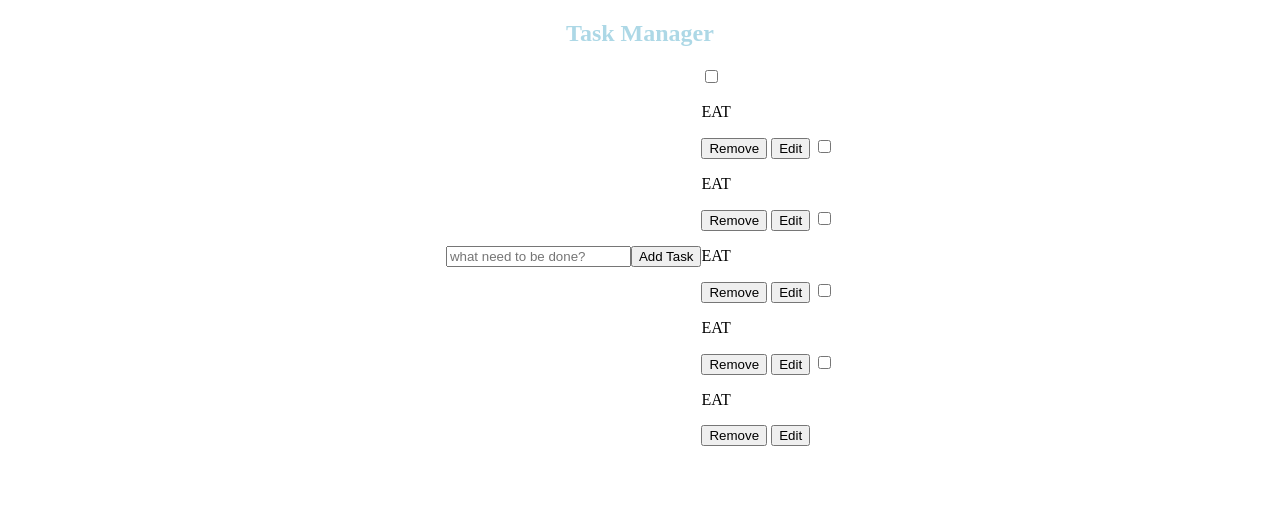
Repository: sristigupta04/basic-js-project
Page: todo app/title.html
These files come from the project's save history. The page is drawn as it stood at one moment and after the next save; the edit follows.
The browser window is 1280 px wide. The pictures show the whole page.

Above is the page before, as saved 2025-10-28 18:54:16.

After the next save:
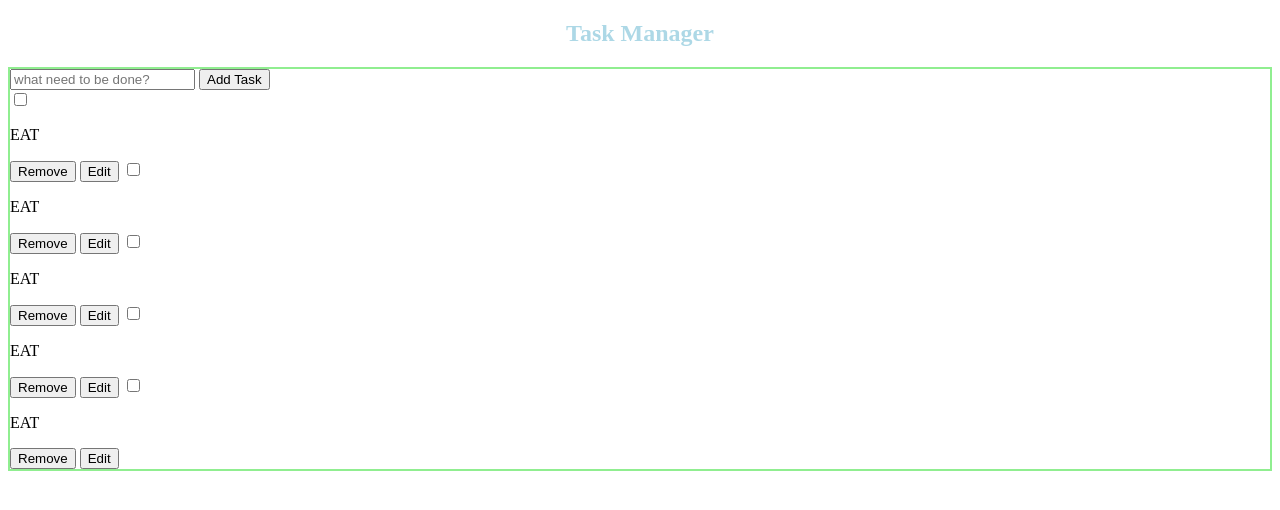
Saved 47 s later.
--- a/todo app/title.css
+++ b/todo app/title.css
@@ -13,7 +13,5 @@ justify-content: center;
 display: flex;
 }
 .contain{
-    display: flex;;
-    justify-content: center;
-    align-items: center;
+ border: 2px solid lightgreen;
 }
